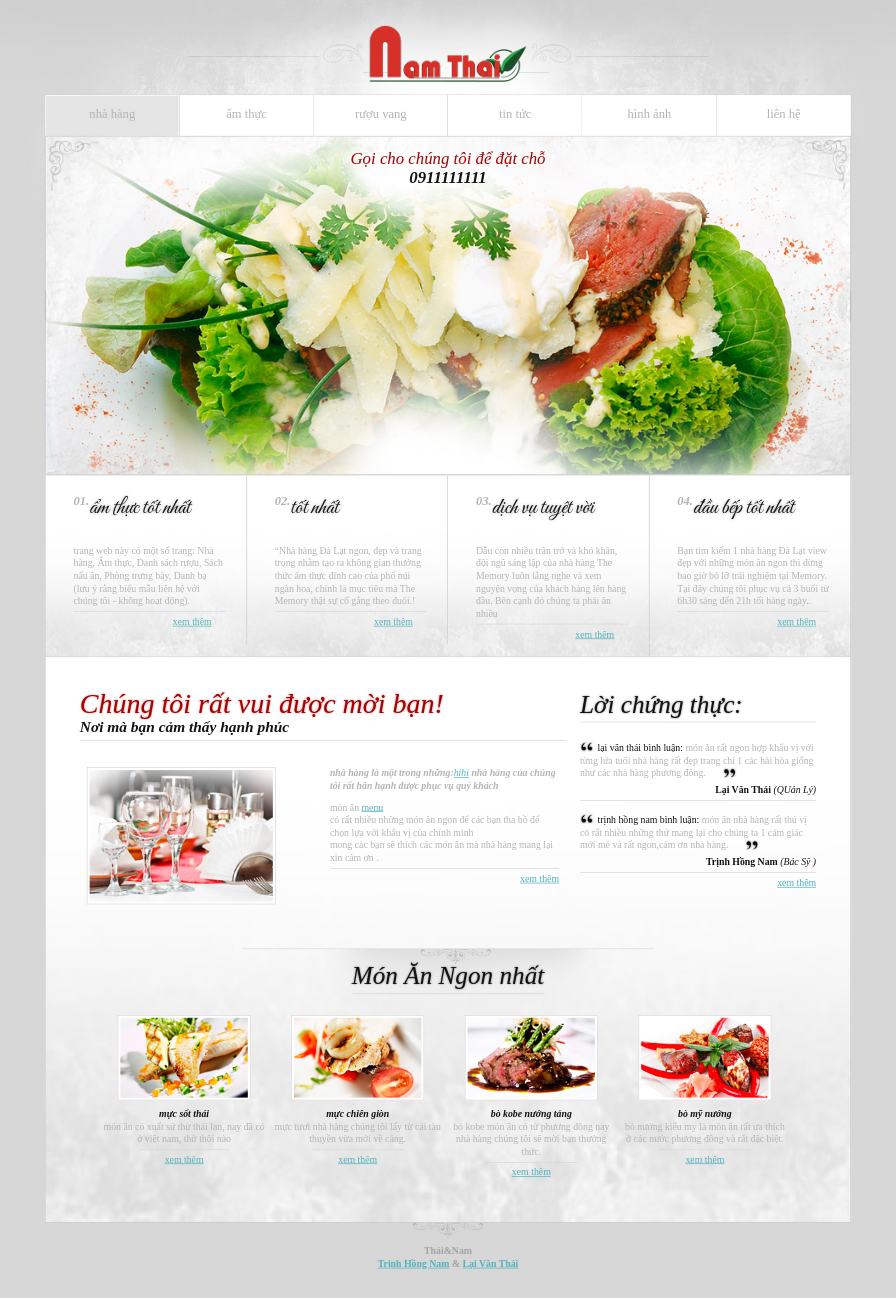
Repository: thaiLVT/DoAnThucTapNamThai
Page: index.html
An editor plug-in stored every save of this project. The page is shown before and after the next save, followed by the edit.
The browser window is 1280 px wide. The pictures show the whole page, at 70% of full size.
After loading, the first visible `#prev` was clicked once.

Above is the page before, as saved 2022-04-25 05:05:47.
Console error: TypeError: Cannot read properties of undefined (reading 'src')

After the next save:
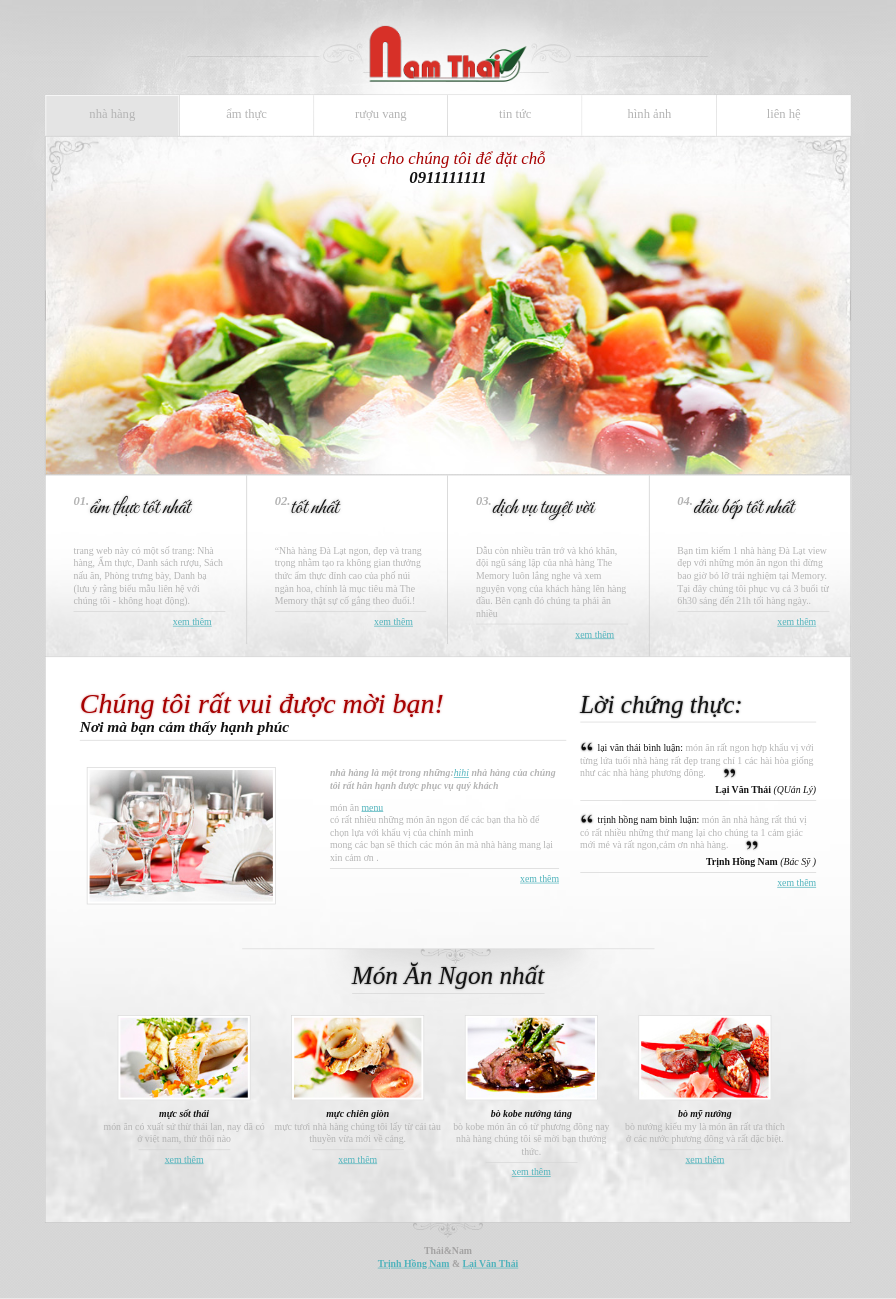
The error is gone.
Saved 39 s later.
--- a/js/slider.js
+++ b/js/slider.js
@@ -30,6 +30,7 @@ $(document).ready(() => {
             prev.click(() => {
                 --current;
                 if (current < 0) {
+                    current = listSider.length - 1;
                     slider.html(`<li><img src="${listSider[current].src}" alt="" /></li>`);
                 }
             })
